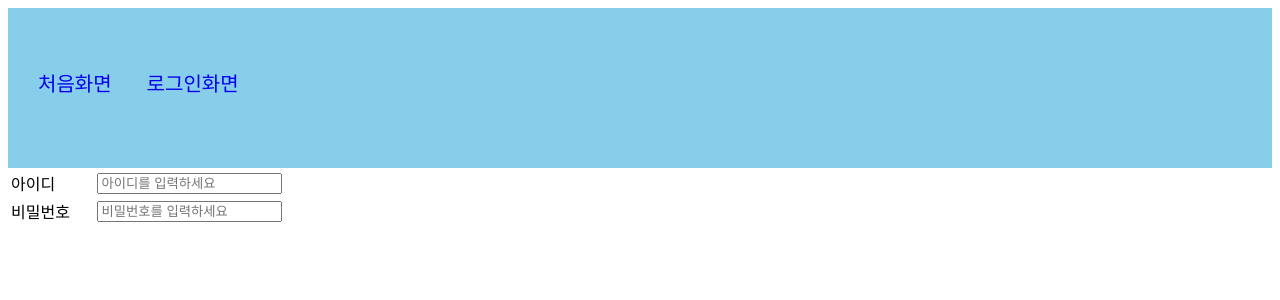
Repository: golddrone7/front
Page: http://localhost/bookproject2/login/login.jsp
These files come from the project's save history. The page is drawn as it stood at one moment and after the next save; the edit follows.
The browser window is 1280 px wide. The pictures show the whole page.
The page is served by Tomcat 9.

Above is the page before, as saved 2023-02-24 01:30:42.

After the next save:
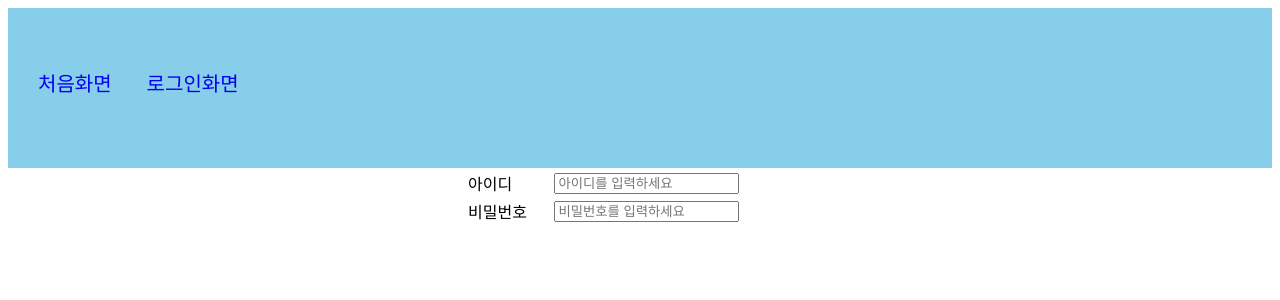
Saved 14 s later.
--- a/bookproject2/web/login/login.jsp
+++ b/bookproject2/web/login/login.jsp
@@ -3,7 +3,7 @@
 <%@ include file="../menu.jsp" %>
 
 <form method="post" action="login">
-<table width="350px">
+<table width="350px" align="center">
   <tr>
     <td>아이디</td>
     <td><input type="text" name="id" placeholder="아이디를 입력하세요"></td>
